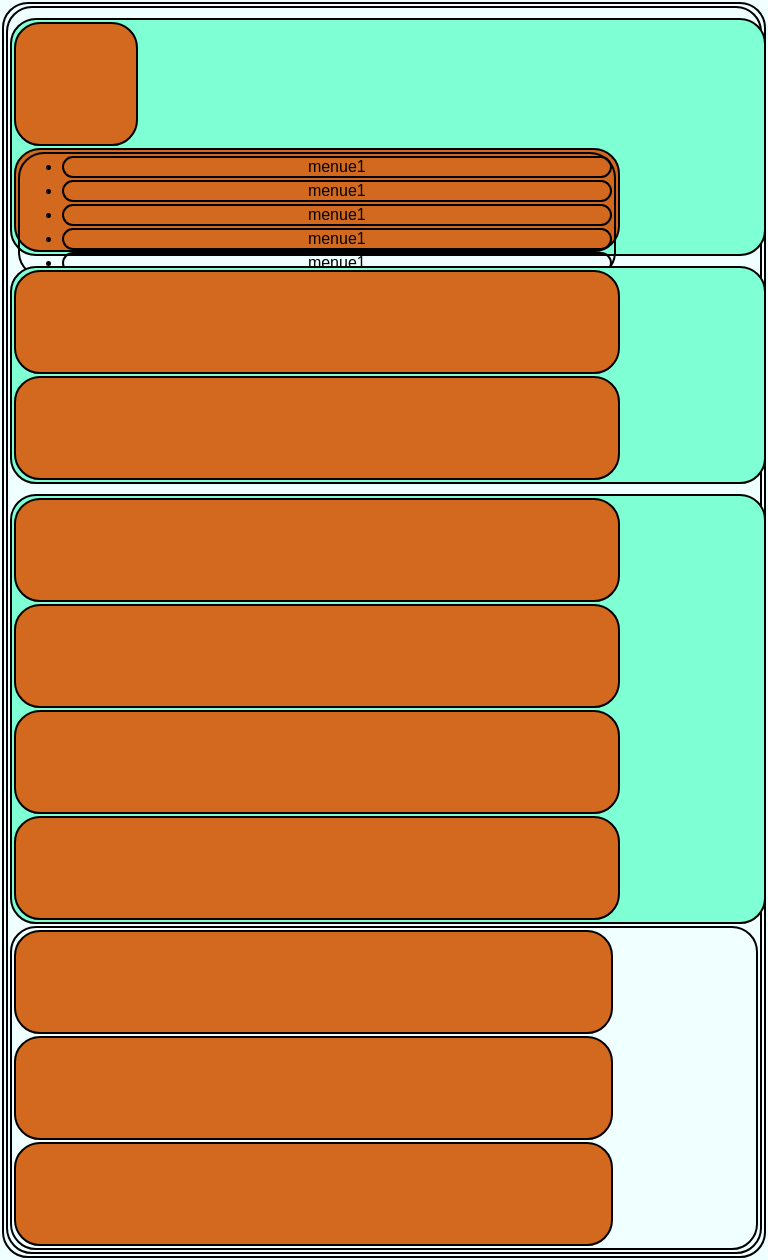
Repository: clairedupuich/cv-claireDUPUICH
Page: cv.html
An editor plug-in stored every save of this project. The page is shown before and after the next save, followed by the edit.
The browser window is 768 px wide. The pictures show the whole page.

Above is the page before, as saved 2020-10-08 13:01:32.

### cv.html
<!DOCTYPE html>
<html lang="fr" dir="ltr">
  <head>
    <meta charset="utf-8">
    <title>Exercice</title>
    <link rel="stylesheet" href="cv.css">
  </head>
  <body>
    <section class="header">
        <div class="img">
        </div>
        <div class="nav">
            <ul>
                <li>menue1</li>
                <li>menue1</li>
                <li>menue1</li>
                <li>menue1</li>
                <li>menue1</li>
            </ul>
        </div>
    </section>
      <section class="section 1">
          <div class="article1_1">
          </div>
          <div class="article1_2">
          </div>
      </section>
      <section class="section2">
        <div class="article2_1">
        </div>
        <div class="article2_2">
        </div>
        <div class="article2_3">
        </div>
        <div class="article2_4">
        </div>
      </section>
      <footer>
          <div class='footer1'>
          </div>
        <div class="footer2">
        </div>
        <div class="footer3">
        </div>
    </footer>
  </body>
</html>

### cv.css

@media screen and (max-width: 768px)
{
    * {
        font-family: Avenir, sans-serif;
        border: 2px solid black;
        border-radius: 26px;
        margin: 2px;

    }

    body {
        background-color: azure;


    }
    section {
        margin-top: 10px;
        width: 100%;
        background-color: aquamarine;


    }
    div {
       /*  margin: 5px auto; */
        width:80% ;
        height: 100px;
        background-color: chocolate;
        text-align: center;
    }


    .img {
        width:120px;
        height: 120px;
        text-align: left;
    }

}

After the next save:
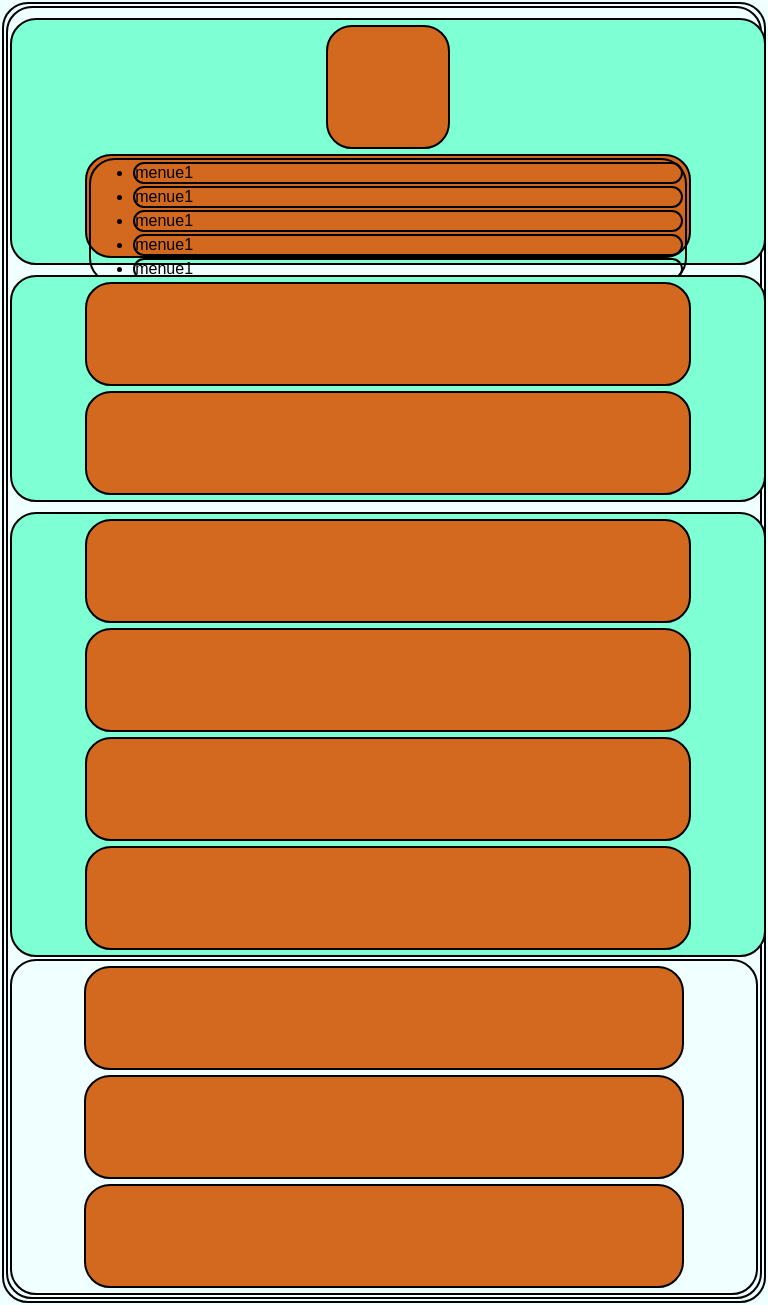
Saved 31 s later.
--- a/cv.css
+++ b/cv.css
@@ -22,11 +22,10 @@
 
     }
     div {
-       /*  margin: 5px auto; */
+        margin: 5px auto;
         width:80% ;
         height: 100px;
         background-color: chocolate;
-        text-align: center;
     }
 
 
